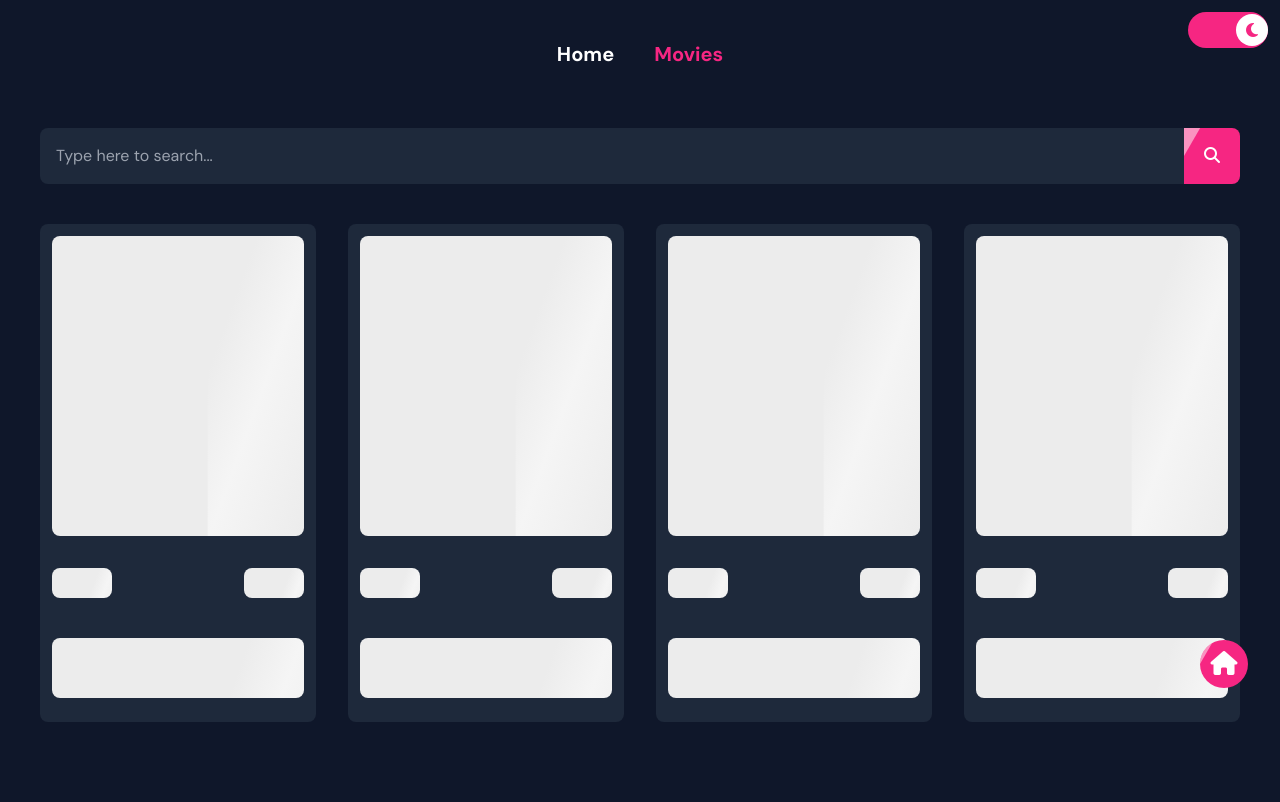
Repository: Linhyum/react-simple-movie
Page: /movies
The author's editor kept a copy of each file at every save. The page is drawn from the files as they stood at one save, then again after the next save.
The browser window is 1280 px wide. The pictures show the whole page.
The page's requests for data from a server got no answer. The project was rebuilt for these pictures with package versions that can differ from the ones it lists, and the page was loaded fresh each time. No one was signed in, and anything a server would have sent is missing. Also part of the build but not shown: src/components/button/Button.js.

Above is the page before, as saved 2023-04-02 21:10:18.

### public/index.html
<!DOCTYPE html>
<html lang="en">
    <head>
        <meta charset="utf-8" />
        <link rel="icon" href="%PUBLIC_URL%/favicon.ico" />
        <meta name="viewport" content="width=device-width, initial-scale=1" />
        <meta name="theme-color" content="#000000" />
        <meta name="description" content="Web site created using create-react-app" />
        <link rel="apple-touch-icon" href="%PUBLIC_URL%/logo192.png" />
        <!--
      manifest.json provides metadata used when your web app is installed on a
      user's mobile device or desktop. See https://developers.google.com/web/fundamentals/web-app-manifest/
    -->
        <link rel="manifest" href="%PUBLIC_URL%/manifest.json" />
        <link
            rel="stylesheet"
            href="https://cdnjs.cloudflare.com/ajax/libs/font-awesome/6.4.0/css/all.min.css"
            integrity="sha512-iecdLmaskl7CVkqkXNQ/ZH/XLlvWZOJyj7Yy7tcenmpD1ypASozpmT/E0iPtmFIB46ZmdtAc9eNBvH0H/ZpiBw=="
            crossorigin="anonymous"
            referrerpolicy="no-referrer"
        />
        <!--
      Notice the use of %PUBLIC_URL% in the tags above.
      It will be replaced with the URL of the `public` folder during the build.
      Only files inside the `public` folder can be referenced from the HTML.

      Unlike "/favicon.ico" or "favicon.ico", "%PUBLIC_URL%/favicon.ico" will
      work correctly both with client-side routing and a non-root public URL.
      Learn how to configure a non-root public URL by running `npm run build`.
    -->
        <title>React App</title>
    </head>
    <body>
        <noscript>You need to enable JavaScript to run this app.</noscript>
        <div id="root"></div>
        <!--
      This HTML file is a template.
      If you open it directly in the browser, you will see an empty page.

      You can add webfonts, meta tags, or analytics to this file.
      The build step will place the bundled scripts into the <body> tag.

      To begin the development, run `npm start` or `yarn start`.
      To create a production bundle, use `npm run build` or `yarn build`.
    --></body>
</html>

### src/index.js
import React from "react";
import ReactDOM from "react-dom/client";
import "./index.scss";
import App from "./App";
import reportWebVitals from "./reportWebVitals";
import { BrowserRouter } from "react-router-dom";

const root = ReactDOM.createRoot(document.getElementById("root"));
root.render(
    <React.StrictMode>
        <BrowserRouter>
            <App />
        </BrowserRouter>
    </React.StrictMode>
);

// If you want to start measuring performance in your app, pass a function
// to log results (for example: reportWebVitals(console.log))
// or send to an analytics endpoint. Learn more: https://bit.ly/CRA-vitals
reportWebVitals();

### src/index.scss
@tailwind base;
@tailwind components;
@tailwind utilities;
@import url("https://fonts.googleapis.com/css2?family=DM+Sans:wght@400;500;700&display=swap");

@layer base {
    body.dark {
        @apply bg-slate-900 font-body px-5 text-white;
    }

    body {
        @apply bg-white text-slate-900;
        transition: all linear 0.3s;
    }
    body input {
        @apply text-white;
    }

    .pagination {
        display: flex;
        align-items: center;
        justify-content: center;
        column-gap: 30px;
        font-size: 22px;
        font-weight: 500;
    }

    .pagination .active {
        @apply text-primary;
    }

    @media (max-width: 639px) {
        .moive-page {
            @apply grid-cols-1;
        }
    }

    :root {
        --swiper-theme-color: #f62682 !important;
        --swiper-pagination-bullet-inactive-color: #aaa !important;
        --swiper-pagination-bullet-inactive-opacity: 1;
    }
    .swiper-button-prev,
    .swiper-button-next {
        position: absolute !important;
        top: 50% !important;
        width: 60px !important;
        height: 60px !important;
        margin-top: -12.5px !important;
        z-index: 10 !important;
        cursor: pointer !important;
        border-radius: 50% !important;
        background: rgb(204, 204, 204, 0.7) !important;
        transition: all 0.3s ease !important;
        display: flex;
        justify-content: center !important;
        align-items: center !important;
        font-weight: 700 !important;
    }

    .swiper-button-prev {
        left: 0;
    }

    .swiper-button-next {
        right: 0;
    }

    .swiper-button-prev:hover,
    .swiper-button-next:hover {
        background: rgb(204, 204, 204) !important;
    }
    .movie-list .swiper-pagination {
        display: none;
    }

    @media (max-width: 1023px) {
        .banner .swiper-pagination {
            display: none !important;
        }
    }
    .skeleton {
        background-color: #eee;
        background-image: linear-gradient(110deg, #ececec 8%, #f5f5f5 18%, #ececec 33%);
        background-size: 200% 100%;
        animation: 1.5s shine linear infinite;
    }
    @keyframes shine {
        to {
            background-position-x: -200%;
        }
    }
    /* Tạo thanh cuộn */
    body::-webkit-scrollbar {
        width: 10px;
    }

    /* Tạo màu nền cho thanh cuộn */
    body::-webkit-scrollbar-track {
        background-color: #eee;
    }

    /* Tạo màu cho thanh cuộn */
    body::-webkit-scrollbar-thumb {
        background-color: #f62682;
        border-radius: 5px;
    }
    button {
        position: relative;
        overflow: hidden;
        transition: all 0.3s ease-in-out;
    }

    button:before {
        content: "";
        position: absolute;
        top: 0;
        left: -100%;
        width: 100%;
        height: 100%;
        background-color: rgba(255, 255, 255, 0.5);
        transform: skewX(-30deg);
        transition: all 0.3s ease-in-out;
    }

    button:hover:before {
        left: 0;
    }

    button:hover {
        @apply bg-blue-600;
    }
    button:hover div {
        @apply text-blue-600;
    }
    button div {
        transition: all 0.3s ease-in-out;
    }
}

@layer components {
    .page-container {
        max-width: 1200px;
        @apply mx-auto;
    }
    .movie-list .swiper-slide {
        width: 270px;
    }
    .banner .swiper {
        height: 100%;
    }
    .trailer iframe {
        width: 100%;
        height: 100%;
    }
}

### src/App.js
import { Route, Routes } from "react-router-dom";
import Main from "./components/layout/Main";
// import HomePage from "./pages/HomePage";
// import MovieDetailsPage from "./pages/MovieDetailsPage";
// import MoviePage from "./pages/MoviePage";
import { lazy, Suspense } from "react";

const HomePage = lazy(() => import("./pages/HomePage"));
const MoviePage = lazy(() => import("./pages/MoviePage"));
const MovieDetailsPage = lazy(() => import("./pages/MovieDetailsPage"));

function App() {
    return (
        <Suspense fallback={<></>}>
            <Routes>
                <Route element={<Main></Main>}>
                    <Route path="/" element={<HomePage></HomePage>}></Route>
                    <Route path="/movies" element={<MoviePage></MoviePage>}></Route>
                    <Route
                        path="/movies/:slug"
                        element={<MovieDetailsPage></MovieDetailsPage>}
                    ></Route>
                </Route>
            </Routes>
        </Suspense>
    );
}

export default App;

### src/components/layout/Main.js
import React from "react";
import Header from "./Header";
import { Outlet } from "react-router-dom";
const Main = () => {
    return (
        <>
            <Header></Header>
            <Outlet></Outlet>
        </>
    );
};

export default Main;

### src/pages/MoviePage.js
import React, { useEffect, useRef, useState } from "react";
import useSWR from "swr";
import MovieCard, { MovieCardSkeleton } from "../components/movie/MovieCard";
import { fetcher, getMovieList } from "../config";
import ReactPaginate from "react-paginate";
const itemsPerPage = 20;
const MoviePage = () => {
    const [nextPage, setNextPage] = useState(1);
    const [filter, setFilter] = useState("");
    const [url, setUrl] = useState("");
    const input = useRef(null);
    const handleFilterChange = () => {
        setFilter(input.current.value);
    };
    const { data, isLoading } = useSWR(url, fetcher);
    //`https://api.themoviedb.org/3/search/movie/?api_key=9e4dcf244e30611641c2a44c752a2353`
    useEffect(() => {
        if (filter) {
            setUrl(
                `https://api.themoviedb.org/3/search/movie?api_key=9e4dcf244e30611641c2a44c752a2353&query=${filter}&page=${nextPage}`
            );
        } else {
            setUrl(`${getMovieList("popular")}&page=${nextPage}`);
        }
    }, [filter, nextPage]);
    const movies = data?.results || [];

    //pagination
    const [itemOffset, setItemOffset] = useState(0);
    const [pageCount, setPageCount] = useState(0);
    useEffect(() => {
        if (!data || !data.total_results) return;
        setPageCount(Math.ceil(data.total_results / itemsPerPage));
    }, [data, itemOffset]);

    const handlePageClick = (e) => {
        const newOffset = (e.selected * itemsPerPage) % data.total_results;
        setItemOffset(newOffset);
        setNextPage(e.selected + 1);
    };

    return (
        <div className="page-container ">
            <form
                onSubmit={(e) => e.preventDefault()}
                className="flex mb-10 rounded-lg overflow-hidden"
            >
                <div className="flex-1">
                    <input
                        type="text"
                        className="w-full p-4 bg-slate-800 outline-none "
                        placeholder="Type here to search..."
                        ref={input}
                    />
                </div>
                <button
                    type="submit"
                    onClick={handleFilterChange}
                    className="py-4 px-5 bg-primary "
                >
                    <i class="fa-solid fa-magnifying-glass"></i>
                </button>
            </form>
            {!isLoading && (
                <div className="grid grid-cols-4 gap-x-8">
                    <MovieCardSkeleton></MovieCardSkeleton>
                    <MovieCardSkeleton></MovieCardSkeleton>
                    <MovieCardSkeleton></MovieCardSkeleton>
                    <MovieCardSkeleton></MovieCardSkeleton>
                </div>
            )}
            <div className="moive-page grid sm:grid-cols-1 md:grid-cols-2 lg:grid-cols-3 xl:grid-cols-4 2xl:grid-cols-5 gap-[30px] mb-20">
                {!isLoading &&
                    movies.length > 0 &&
                    movies.map((item) => <MovieCard key={item.id} info={item}></MovieCard>)}
            </div>
            <div className="my-10">
                <ReactPaginate
                    pageCount={pageCount} // Tổng số trang
                    marginPagesDisplayed={1} // Số lượng trang được hiển thị trước và sau trang hiện tại
                    pageRangeDisplayed={1} // Số lượng trang được hiển thị trong phân đoạn paginate
                    breakLabel="..."
                    nextLabel={<i class="fa-solid fa-chevron-right"></i>}
                    onPageChange={handlePageClick}
                    previousLabel={<i class="fa-solid fa-chevron-left"></i>}
                    renderOnZeroPageCount={null}
                    containerClassName={"pagination"} // Class cho container của paginate
                    activeClassName={"active"} // Class cho trang hiện tại
                />
            </div>
        </div>
    );
};

export default MoviePage;

### src/components/layout/Header.js
import React, { useState } from "react";
import { NavLink } from "react-router-dom";

const Header = () => {
    const [dark, setDark] = useState(true);
    const active = ({ isActive }) => isActive && "text-primary";
    const handleClick = () => {
        window.scrollTo({ top: 0, behavior: "smooth" });
    };
    if (dark) {
        document.body.classList.add("dark");
    } else {
        document.body.classList.remove("dark");
    }
    return (
        <>
            <header className="header text-xl font-semibold flex items-center justify-center gap-x-10  py-10 mb-5">
                <NavLink to={"/"} className={active}>
                    Home
                </NavLink>
                <NavLink to={"/movies"} className={active}>
                    Movies
                </NavLink>
            </header>
            <button
                className="fixed z-50 bottom-8 right-8  w-12 h-12 rounded-full bg-primary text-2xl"
                onClick={handleClick}
            >
                <i class="fa-solid fa-house"></i>
            </button>
            <div className="fixed top-3 right-3 z-50">
                <div
                    className={`relative transition-all duration-300 w-20 h-9 flex items-center cursor-pointer rounded-full ${
                        dark ? "bg-primary" : "bg-slate-400"
                    } `}
                    onClick={() => setDark(!dark)}
                >
                    <div
                        className={`absolute flex items-center justify-center transition-all duration-300 w-8 h-8 rounded-full  ${
                            dark ? "left-full -translate-x-full bg-white" : "left-0 bg-primary"
                        }`}
                    >
                        <i
                            className={`${
                                dark
                                    ? "fa-solid fa-moon text-primary"
                                    : "fa-solid fa-sun text-white"
                            }`}
                        ></i>
                    </div>
                </div>
            </div>
        </>
    );
};

export default Header;

### src/components/movie/MovieCard.js
import React from "react";
import { useNavigate } from "react-router-dom";
import Button from "../button/Button";

import { getImg } from "../../config";
import { withErrorBoundary } from "react-error-boundary";
import LoadingSkeleton from "../LoadingSkeleton";
const MovieCard = ({ info }) => {
    const navigate = useNavigate();
    return (
        <div className="movie-card text-white hover:shadow-lg hover:shadow-primary transition-all duration-300 rounded-lg p-3 bg-slate-800 select-none">
            <img
                src={getImg(info.poster_path)}
                alt=""
                className="object-cover w-full h-[350px] rounded-lg mb-5"
            />
            <h3 title={info.title} className="text-xl font-bold mb-3 truncate">
                {info.title}
            </h3>
            <div className="flex items-center justify-between text-sm  mb-7">
                <span className="opacity-50">{new Date(info.release_date).getFullYear()}</span>
                <div className="flex items-center gap-x-2">
                    <span className="opacity-50">{info.vote_average.toFixed(1)}</span>
                    <div className="text-yellow-400">
                        <i class="fa-solid fa-star"></i>
                    </div>
                </div>
            </div>
            <Button onclick={() => navigate(`/movies/${info.id}`)} title={"Watch now"}></Button>
        </div>
    );
};

function FallbackComponent() {
    return <p className="text-red-500 bg-red-200">Something went wrong with this component</p>;
}

export default withErrorBoundary(MovieCard, {
    FallbackComponent,
});

export function MovieCardSkeleton() {
    return (
        <div className="movie-card text-white hover:shadow-lg hover:shadow-primary transition-all duration-300 rounded-lg p-3 bg-slate-800 select-none">
            <LoadingSkeleton height="300px" radius="8px"></LoadingSkeleton>
            <div className="flex items-center justify-between text-sm mt-8  mb-7">
                <LoadingSkeleton height="30px" width="60px" radius="8px"></LoadingSkeleton>
                <div className="">
                    <LoadingSkeleton height="30px" radius="8px"></LoadingSkeleton>
                </div>
                <div className="flex items-center gap-x-2">
                    <LoadingSkeleton height="30px" width="60px" radius="8px"></LoadingSkeleton>
                </div>
            </div>
            <div className="py-3 text-white flex items-center justify-center gap-x-3 rounded-lg w-full text-xl font-bold">
                <LoadingSkeleton height="60px" radius="8px"></LoadingSkeleton>
            </div>
        </div>
    );
}

### src/config.js
const fetcher = (...args) => fetch(...args).then((res) => res.json());
const getMovieList = (type1 = "", type2 = "", type3 = "") =>
    `https://api.themoviedb.org/3${type3}/movie/${type1}${type2}?api_key=9e4dcf244e30611641c2a44c752a2353`;
const getImg = (type) => `https://image.tmdb.org/t/p/original${type}`;
export { fetcher, getMovieList, getImg };

### src/components/LoadingSkeleton.js
import React from "react";

const LoadingSkeleton = (props) => {
    return (
        <div
            className="skeleton"
            style={{
                height: props.height,
                width: props.width || "100%",
                borderRadius: props.radius,
            }}
        ></div>
    );
};

export default LoadingSkeleton;

### tailwind.config.js
/** @type {import('tailwindcss').Config} */
module.exports = {
    content: ["./src/**/*.{js,jsx,ts,tsx}"],
    theme: {
        extend: {
            fontFamily: {
                body: ["DM Sans", "sans-serif"],
            },
            colors: {
                primary: "#f62682",
            },
        },
    },
    plugins: [],
};

Loaded but not shown: src/reportWebVitals.js (common file)

After the next save:
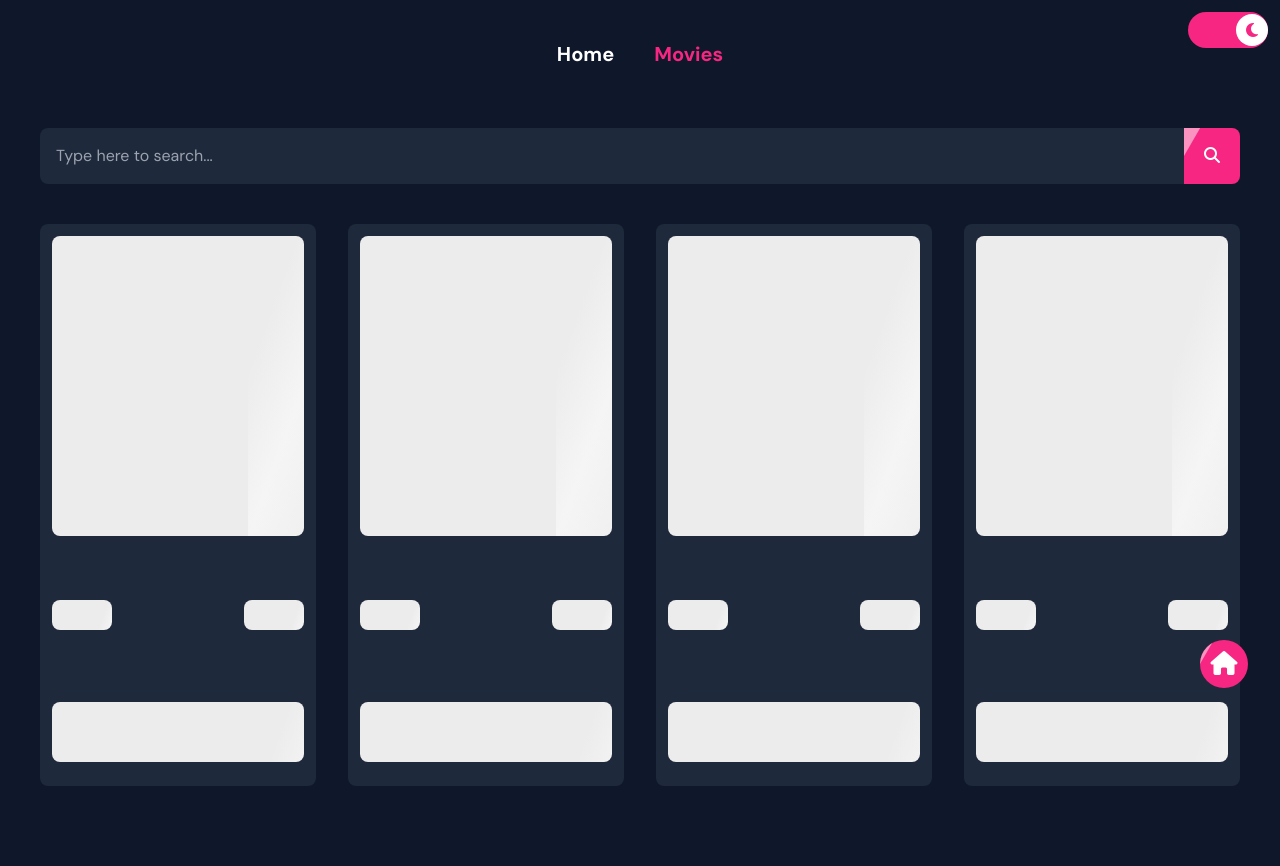
Saved 7 s later.
--- a/src/components/movie/MovieCard.js
+++ b/src/components/movie/MovieCard.js
@@ -45,7 +45,7 @@ export function MovieCardSkeleton() {
             <LoadingSkeleton height="300px" radius="8px"></LoadingSkeleton>
             <div className="flex items-center justify-between text-sm mt-8  mb-7">
                 <LoadingSkeleton height="30px" width="60px" radius="8px"></LoadingSkeleton>
-                <div className="">
+                <div className="my-8">
                     <LoadingSkeleton height="30px" radius="8px"></LoadingSkeleton>
                 </div>
                 <div className="flex items-center gap-x-2">
